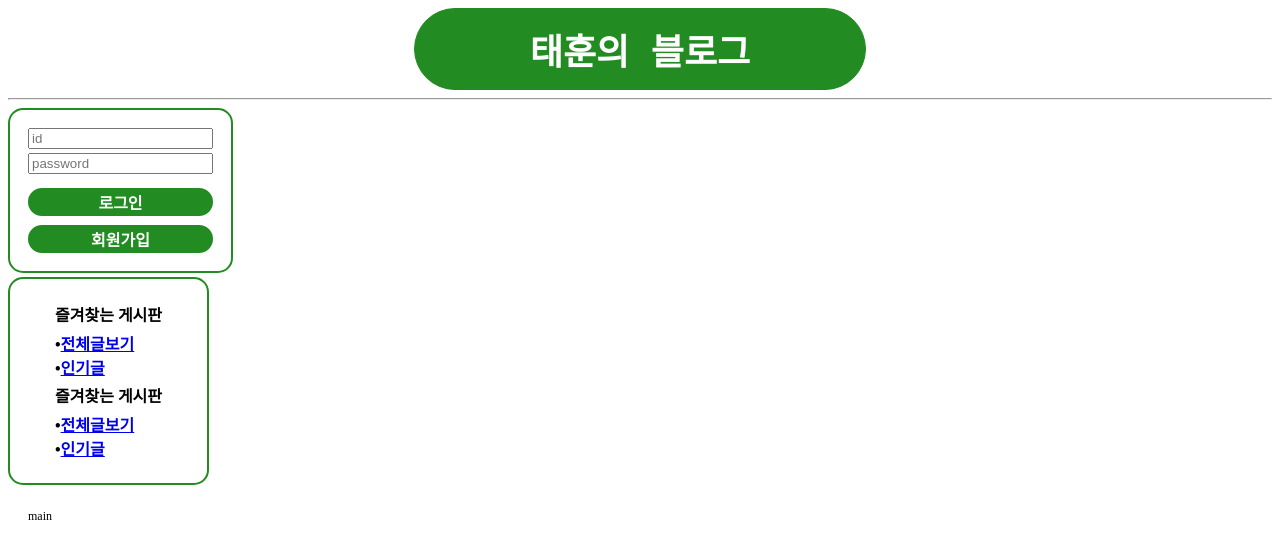
Repository: codelily98/Web
Page: board/src/main/webapp/HTML5/boardmain.html
These files come from the project's save history. The page is drawn as it stood at one moment and after the next save; the edit follows.
The browser window is 1280 px wide. The pictures show the whole page.

Above is the page before, as saved 2024-08-13 06:07:40.

### board/src/main/webapp/HTML5/boardmain.html
<!DOCTYPE html>
<html>
<head>
<meta charset="UTF-8">
<title>태훈의 블로그</title>
<style type="text/css">
section {
	margin-top: 20px;
	margin-left: 20px;
	font-size: 12px;
	font-family: 맑은고딕;
	width : 80%;
	height: 70%;
	float : left;
}
#nav {
	margin-top: 20px;
	margin-left: 20px;
	width : 15%;
	height: 70%;
	float : left;
	font-size: 14px;
	font-family: 맑은고딕;
}
.title {
	border-radius: 50px;
	background: forestgreen;
	display: inline-block;
	border: 1px solid forestgreen;
	width: 450px;
	height: 80px;
	align-content: center;
	color: white;
	font-weight : bold;
	font-size: 36px;
	font-family: Lucida Console;
}
.userstatus {
	padding: 15px;
	font-weight : bold;
	border: 2px solid forestgreen;
	border-radius: 15px;
	display: inline-block;
	align-content: left;
}
.post_list {
	padding: 20px 42px;
	font-weight : bold;
	border: 2px solid forestgreen;
	border-radius: 15px;
	display: inline-block;
	align-content: left;
}
#login_button, #signin_button {
	border-radius: 15px;
	background: forestgreen;
	border: 2px solid forestgreen;
	align-content: center;
	color: white;
	font-weight : bold;
	margin-top: 5px;
}
#pwd {
	margin-bottom: 5px;
}
#bookmark_list {
	padding: 30px;
	font-weight : bold;
	border: 2px solid forestgreen;
	border-radius: 15px;
	display: inline-block;
	align-content: center;
	width: 150px;
}
#post_list_title_sub {
	margin-bottom: 5px;
}
</style>
</head>
<body>
	<header align="center">
		<div class="title" align="center">태훈의 블로그</div>
		<hr>
	</header>

	<nav id="nav1">
		<form>
			<table class="userstatus">
				<tr>
					<td>
						<input type = "text" name = "user_id" id = "id" placeholder = "id"/>
					</td>
				</tr>
				<tr>
					<td>
						<input type = "text" name = "user_pwd" id = "pwd" placeholder = "password"/>
					</td>
				</tr>
				<tr>
					<td>
						<div id="login_button" align="center" onclick="location.href='login_board.html'">로그인</div>
					</td>
				</tr>
				<tr>
					<td>
						<div id="signin_button" align="center" onclick="location.href='signin_page.html'">회원가입</div>
					</td>
				</tr>
			</table>
			<br>

			<table class="post_list">
				<tr>
					<td>
						<div id="post_list_title_sub">즐겨찾는 게시판</div>
						<div id="all_post_list">&bull;<a href="./all_post_list.html">전체글보기</a></div>
						<div id="hot_post_list">&bull;<a href="./all_post_list.html">인기글</a></div>
					</td>
				</tr>
				<tr>
					<td>
						<div id="post_list_title_sub">즐겨찾는 게시판</div>
						<div id="all_post_list">&bull;<a href="./all_post_list.html">전체글보기</a></div>
						<div id="hot_post_list">&bull;<a href="./all_post_list.html">인기글</a></div>
					</td>
				</tr>
			</table>
		</form>
	</nav>

	<section>
		<div>main</div>
	</section>
</body>
</html>

After the next save:
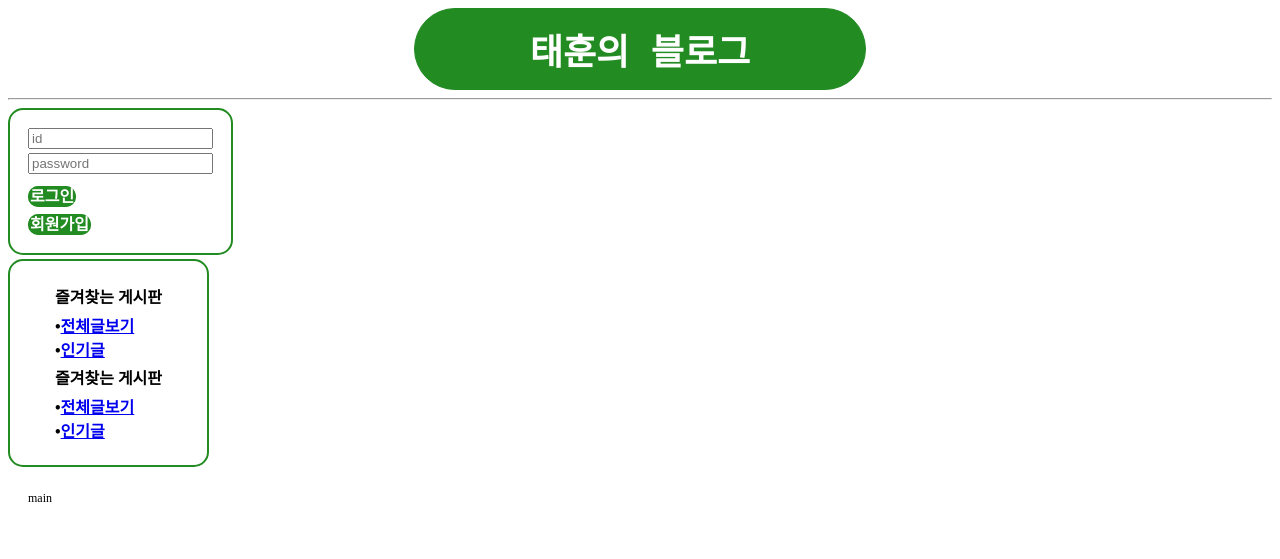
Saved 24 min 6 s later.
--- a/board/src/main/webapp/HTML5/boardmain.html
+++ b/board/src/main/webapp/HTML5/boardmain.html
@@ -98,12 +98,12 @@
 				</tr>
 				<tr>
 					<td>
-						<div id="login_button" align="center" onclick="location.href='login_board.html'">로그인</div>
+						<span id="login_button" align="center" onclick="location.href='login_board.html'">로그인</span>
 					</td>
 				</tr>
 				<tr>
 					<td>
-						<div id="signin_button" align="center" onclick="location.href='signin_page.html'">회원가입</div>
+						<span id="signin_button" align="center" onclick="location.href='signin_page.html'">회원가입</span>
 					</td>
 				</tr>
 			</table>

After the save that followed:
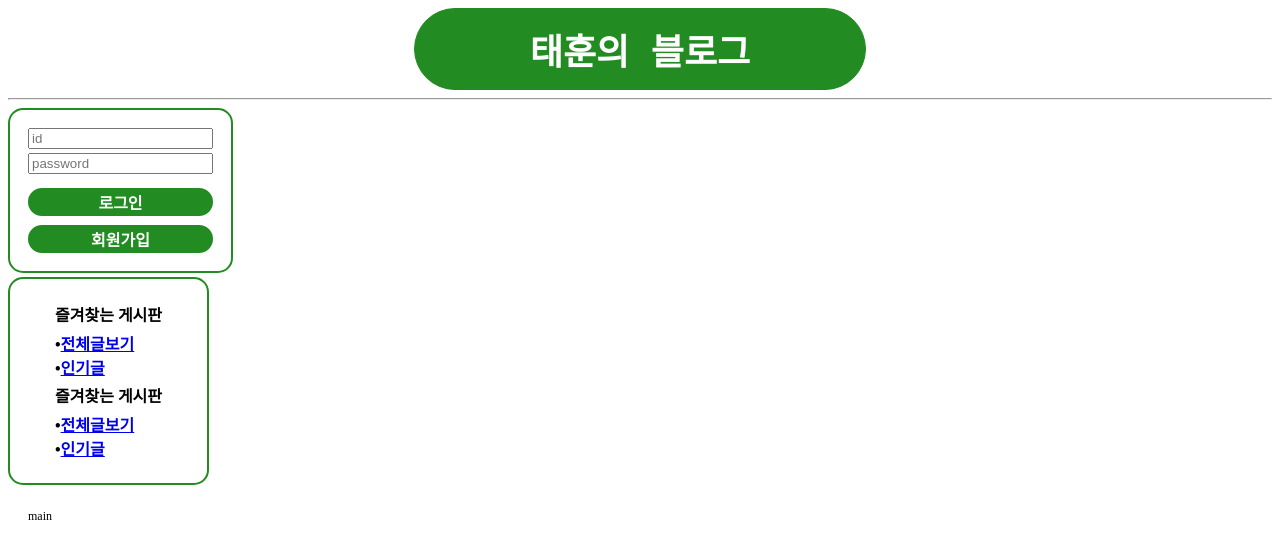
Saved 55 s later.
--- a/board/src/main/webapp/HTML5/boardmain.html
+++ b/board/src/main/webapp/HTML5/boardmain.html
@@ -98,12 +98,12 @@
 				</tr>
 				<tr>
 					<td>
-						<span id="login_button" align="center" onclick="location.href='login_board.html'">로그인</span>
+						<div id="login_button" align="center" onclick="location.href='login_board.html'">로그인</div>
 					</td>
 				</tr>
 				<tr>
 					<td>
-						<span id="signin_button" align="center" onclick="location.href='signin_page.html'">회원가입</span>
+						<div id="signin_button" align="center" onclick="location.href='signin_page.html'">회원가입</div>
 					</td>
 				</tr>
 			</table>
